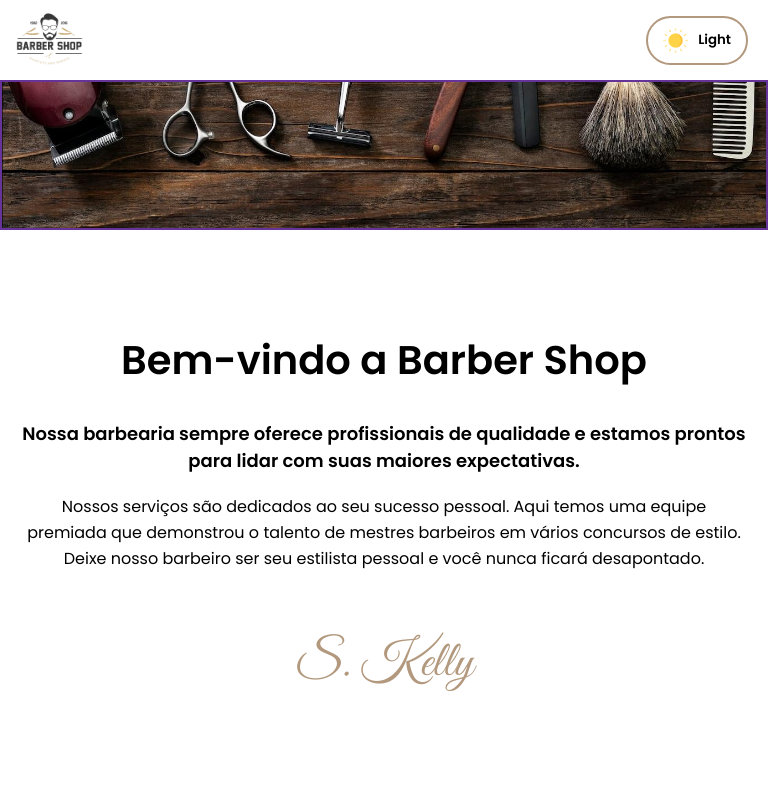
Repository: Daniells642/LandingPage-React
Page: /
The author's editor kept a copy of each file at every save. The page is drawn from the files as they stood at one save, then again after the next save.
The browser window is 768 px wide. The pictures show the whole page.
The project was rebuilt for these pictures with package versions that can differ from the ones it lists, and the page was loaded fresh each time.

Above is the page before, as saved 2022-11-05 00:37:05.

After the next save:
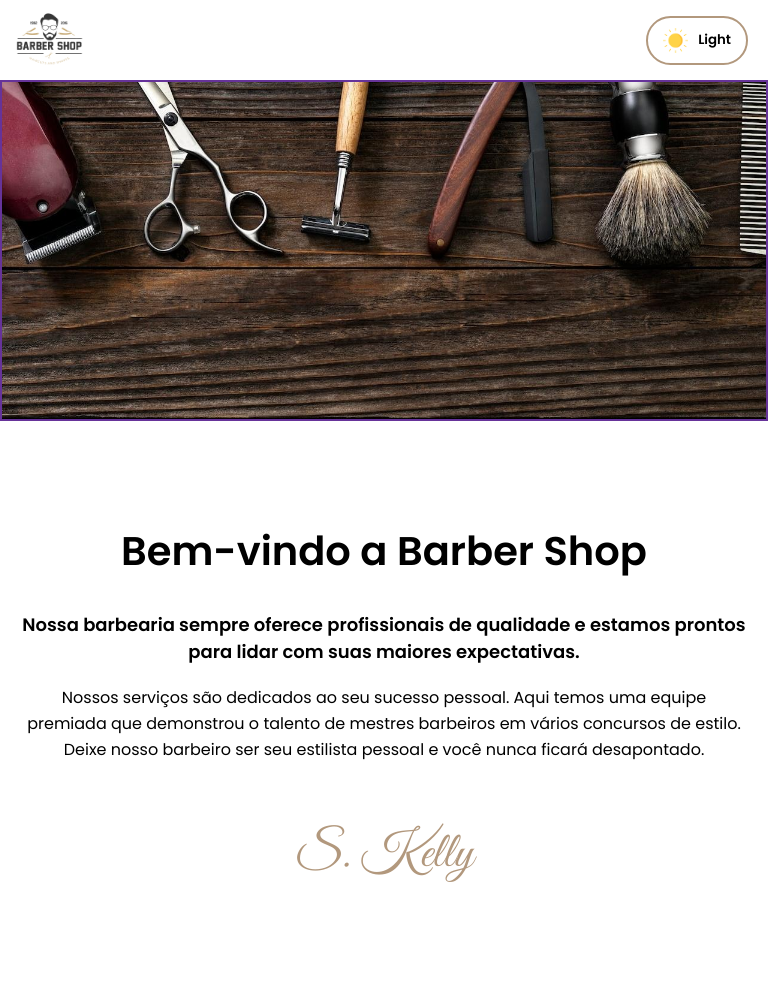
Saved 67 s later.
--- a/src/LandingPage/style.css
+++ b/src/LandingPage/style.css
@@ -86,7 +86,7 @@
 }
 
 @media (max-width: 768px) {
-  #secao-banner {height: 150px; border: 2px solid rebeccapurple;}
+  #secao-banner { border: 2px solid rebeccapurple;}
 }
 
 @media (max-width: 425px) {

After the save that followed:
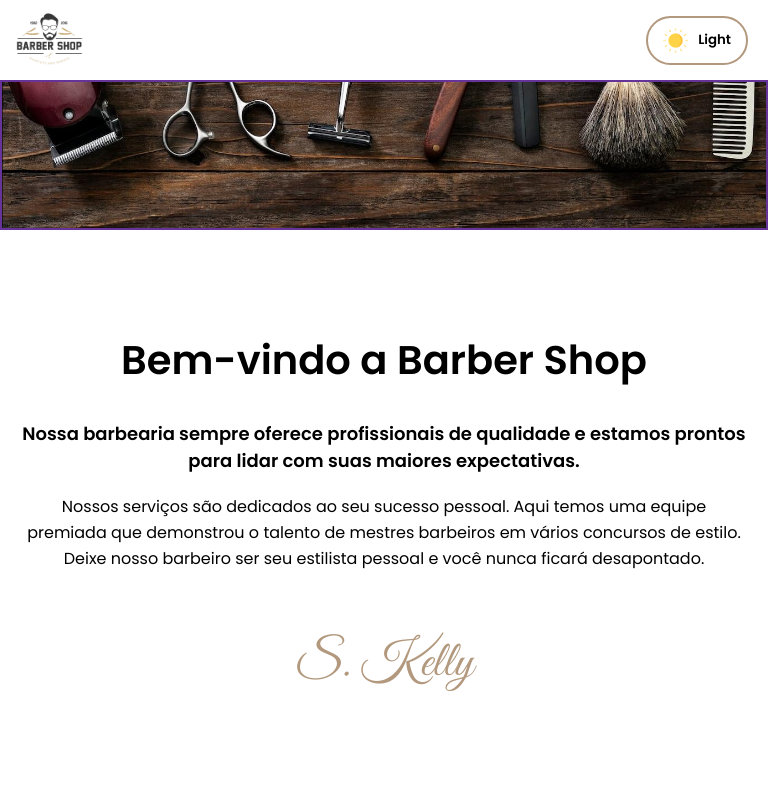
Saved 11 s later.
--- a/src/LandingPage/style.css
+++ b/src/LandingPage/style.css
@@ -86,7 +86,7 @@
 }
 
 @media (max-width: 768px) {
-  #secao-banner { border: 2px solid rebeccapurple;}
+  #secao-banner {height: 150px; border: 2px solid rebeccapurple;}
 }
 
 @media (max-width: 425px) {
